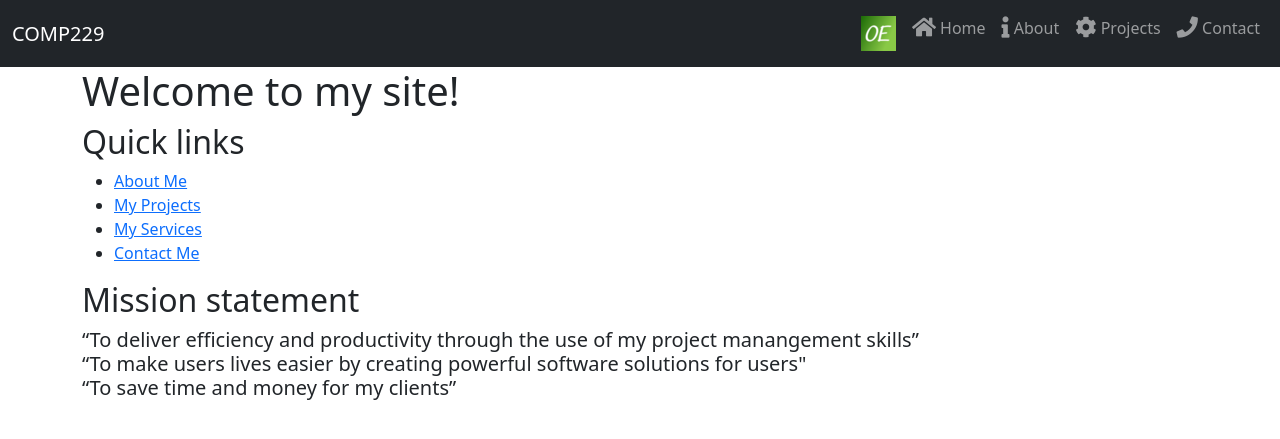
Repository: ofovweewere/Career-Portfolio
Page: http://localhost/home
The author's editor kept a copy of each file at every save. The page is drawn from the files as they stood at one save, then again after the next save.
The browser window is 1280 px wide. The pictures show the whole page.
The page is served by the project's Node server (index.js). Other server files are loaded and not shown.

Above is the page before, as saved 2022-04-14 02:59:50.

### Server/Views/index.ejs
<!--File name: index.ejs,
  Student's name: Ofovwe Ewere
  Student's id: 301188196
  Date: June 4, 2021
-->
<!DOCTYPE html>
<html lang="en">
<head>
  <meta charset="UTF-8">
  <meta http-equiv="X-UA-Compatible" content="IE=edge">
  <meta name="viewport" content="width=device-width, initial-scale=1.0">
  <title><%= title %></title>
  <!--CSS Section -->
  <link rel="stylesheet" href="/bootstrap/dist/css/bootstrap.min.css">
  <link rel="stylesheet" href="/@fortawesome/fontawesome-free/css/all.min.css">
  <link rel="stylesheet" href="/Content/app.css">
</head>
<body>
  <!--Navigation Section-->
  <header>
    <%- include('./components/header.ejs') %>
  </header>

  <!--Main content-->
  <main>
    <%- include('./content/' +page +'.ejs') %>
  </main>



  <!--Javascript Section-->
  <script src="/jquery/dist/jquery.min.js"></script>
  <script src="/bootstrap/dist/js/bootstrap.min.js"></script>
  <script src="/Scripts/app.js"></script>
</body>
</html>

### Server/Views/components/header.ejs
<!--File name: header.ejs,
  Student's name: Ofovwe Ewere
  Student's id: 301188196
  Date: June 4, 2021
-->
<nav class="navbar navbar-expand-lg navbar-dark bg-dark">
    <div class="container-fluid">
      <a class="navbar-brand" href="#">COMP229</a>
      <button class="navbar-toggler" type="button" data-bs-toggle="collapse" data-bs-target="#navbarSupportedContent" aria-controls="navbarSupportedContent" aria-expanded="false" aria-label="Toggle navigation">
        <span class="navbar-toggler-icon"></span>
      </button>
      <div class="collapse navbar-collapse" id="navbarSupportedContent">
        <ul class="navbar-nav ms-auto mb-2 mb-lg-0">
          <li class="nav-item">
            <a class="nav-link"  href="#"><img src="Assets/images/logo.png"></a>
          </li>

          <li class="nav-item">
            <a class="nav-link" href="/home"><i class="fas fa-home fa-lg"></i> Home</a>
          </li>

          <li class="nav-item">
            <a class="nav-link" href="/about"><i class="fas fa-info fa-lg"></i> About</a>
          </li>

          <li class="nav-item">
            <a class="nav-link" href="/projects"><i class="fas fa-cog fa-lg"></i> Projects</a>
          </li>

          <!-- <li class="nav-item">
            <a class="nav-link" href="/services"><i class="fas fa-map fa-lg"></i> Services</a>
          </li> -->

          <li class="nav-item">
            <a class="nav-link" href="/contact"><i class="fas fa-phone fa-lg"></i> Contact</a>
          </li>


        </ul>

      </div>
    </div>
  </nav>

### Server/Views/content/home.ejs
<!--File name: home.ejs,
  Student's name: Ofovwe Ewere
  Student's id: 301188196
  Date: June 4, 2021
-->
<div class="container">
    <h1>Welcome to my site!</h1>
    <h2>Quick links </h2>
    <ul>
      <li><a href="/about">About Me</a></li>
      <li><a href="/projects">My Projects</a></li>
      <li><a href="/services">My Services</a></li>
      <li><a href="/contact">Contact Me</a></li>
    </ul>

    <h2>Mission statement</h2>
    <h5>“To deliver efficiency and productivity through the use of my project manangement skills” <br>



“To make users lives easier by creating powerful software solutions for users"<br>


“To save time and money for my clients”</h5>
  </div>

### index.js
#!/usr/bin/env node

/**
 * Module dependencies.
 *  File name: index.js,
    Student's name: Ofovwe Ewere
    Student's id: 301188196
    Date: June 4, 2021

 */
"use strict";
var __importDefault = (this && this.__importDefault) || function (mod) {
    return (mod && mod.__esModule) ? mod : { "default": mod };
};
Object.defineProperty(exports, "__esModule", { value: true });
const app_1 = __importDefault(require("./Server/Config/app"));
const debug_1 = __importDefault(require("debug"));
debug_1.default('week4:server');
const http_1 = __importDefault(require("http"));
let port = normalizePort(process.env.PORT || '3000');
app_1.default.set('port', port);
let server = http_1.default.createServer(app_1.default);
server.listen(port);
server.on('error', onError);
server.on('listening', onListening);
function normalizePort(val) {
    let port = parseInt(val, 10);
    if (isNaN(port)) {
        return val;
    }
    if (port >= 0) {
        return port;
    }
    return false;
}
function onError(error) {
    if (error.syscall !== 'listen') {
        throw error;
    }
    var bind = typeof port === 'string'
        ? 'Pipe ' + port
        : 'Port ' + port;
    switch (error.code) {
        case 'EACCES':
            console.error(bind + ' requires elevated privileges');
            process.exit(1);
            break;
        case 'EADDRINUSE':
            console.error(bind + ' is already in use');
            process.exit(1);
            break;
        default:
            throw error;
    }
}
function onListening() {
    let addr = server.address();
    let bind = typeof addr === 'string'
        ? 'pipe ' + addr
        : 'port ' + addr.port;
    debug_1.default('Listening on ' + bind);
}
//# sourceMappingURL=index.js.map

### Server/Routes/index.js
/**
 * Module dependencies.
 *  File name: index.js,
    Student's name: Ofovwe Ewere
    Student's id: 301188196
    Date: June 4, 2021

 */
"use strict";
var __importDefault = (this && this.__importDefault) || function (mod) {
    return (mod && mod.__esModule) ? mod : { "default": mod };
};
Object.defineProperty(exports, "__esModule", { value: true });
const express_1 = __importDefault(require("express"));
const router = express_1.default.Router();
exports.default = router;
router.get('/', function (req, res, next) {
    res.render('index', { title: 'Home', page: 'home' });
});
router.get('/home', function (req, res, next) {
    res.render('index', { title: 'Home', page: 'home' });
});
router.get('/about', function (req, res, next) {
    res.render('index', { title: 'About Me', page: 'about' });
});
router.get('/projects', function (req, res, next) {
    res.render('index', { title: 'My Projects', page: 'projects' });
});
router.get('/services', function (req, res, next) {
    res.render('index', { title: 'My Services', page: 'services' });
});
router.get('/contact', function (req, res, next) {
    res.render('index', { title: 'Contact Me', page: 'contact' });
});
//# sourceMappingURL=index.js.map

### Client/Content/app.css
/* your custom css goes here*/

### Client/Scripts/app.js
/**
 * Module dependencies.
 *  File name: app.js,
    Student's name: Ofovwe Ewere
    Student's id: 301188196
    Date: June 4, 2021

 */
"use strict";
(function () {
    function Start() {
        console.log("app started");
    }
    window.addEventListener("load", Start);
})();
//# sourceMappingURL=app.js.map

After the next save:
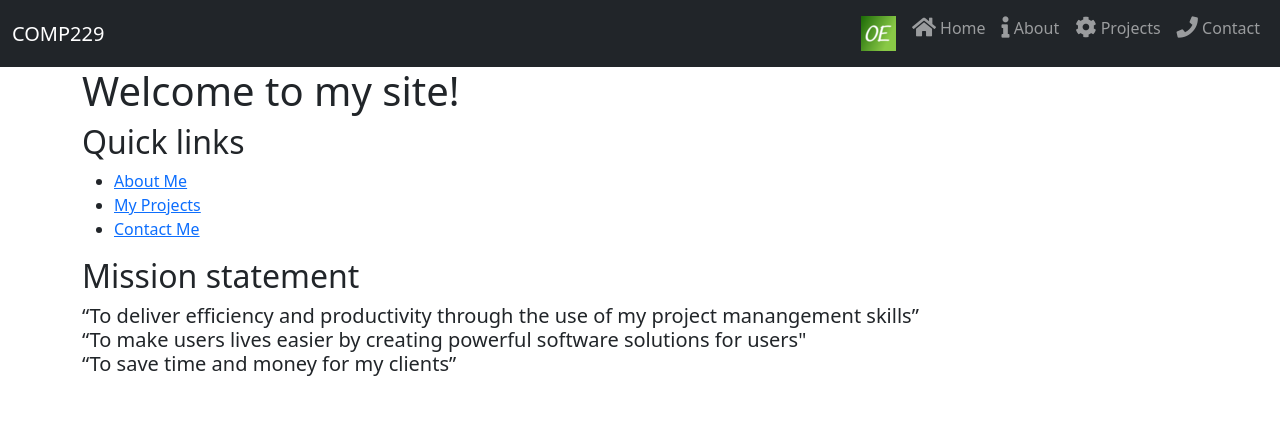
Saved 15 s later.
--- a/Server/Views/content/home.ejs
+++ b/Server/Views/content/home.ejs
@@ -9,7 +9,7 @@
     <ul>
       <li><a href="/about">About Me</a></li>
       <li><a href="/projects">My Projects</a></li>
-      <li><a href="/services">My Services</a></li>
+      <!-- <li><a href="/services">My Services</a></li> -->
       <li><a href="/contact">Contact Me</a></li>
     </ul>
 
